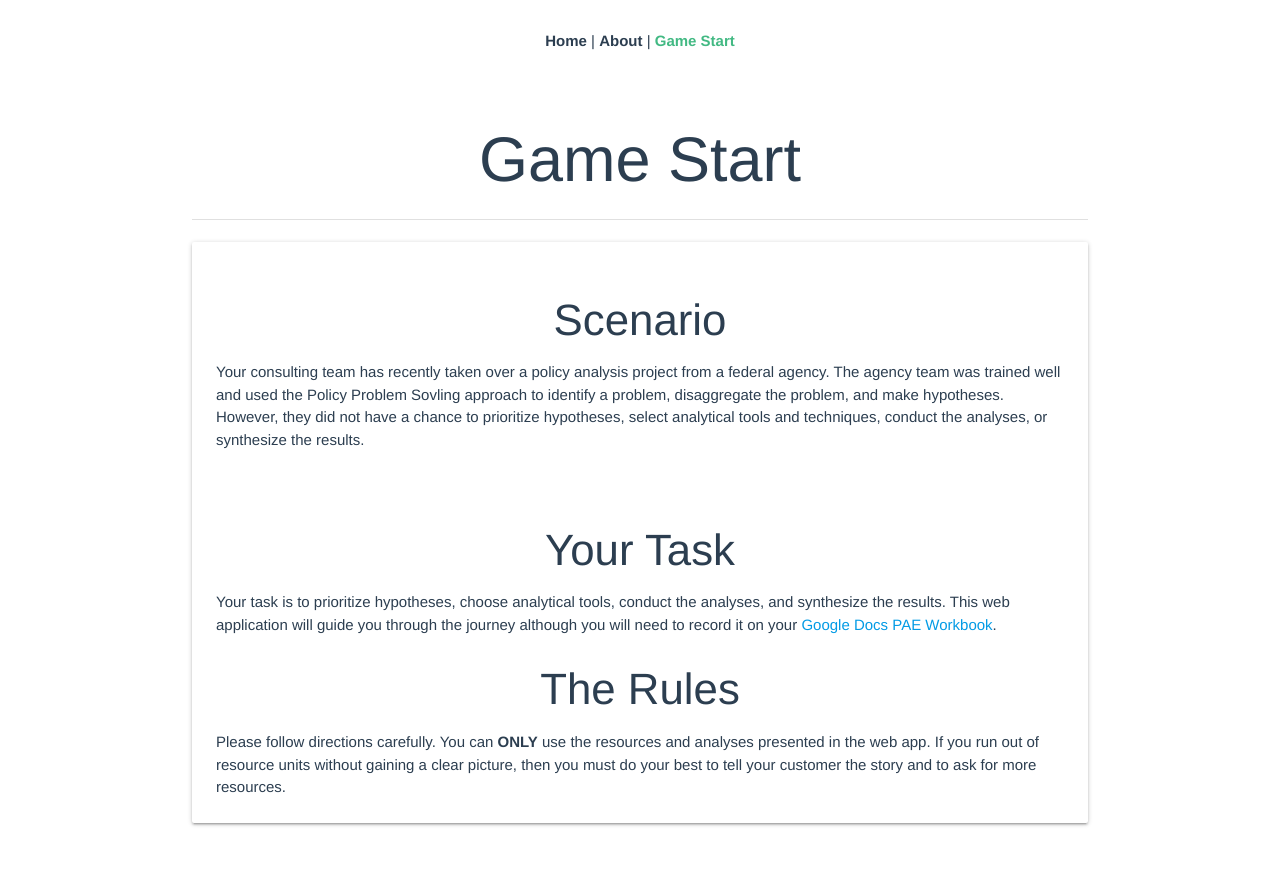
Repository: gallard28/posc4210app
Page: /#/start
An editor plug-in stored every save of this project. The page is shown before and after the next save, followed by the edit.
The browser window is 1280 px wide. The pictures show the whole page.
The project was rebuilt for these pictures with package versions that can differ from the ones it lists, and the page was loaded fresh each time. Also part of the build but not shown: src/views/Home.vue.

Above is the page before, as saved 2020-09-20 19:00:34.

### public/index.html
<!DOCTYPE html>
<html lang="en">
  <head>
    <meta charset="utf-8">
    <meta http-equiv="X-UA-Compatible" content="IE=edge">
    <meta name="viewport" content="width=device-width,initial-scale=1.0">
    <link rel="icon" href="<%= BASE_URL %>favicon.ico">
    <title><%= htmlWebpackPlugin.options.title %></title>

    <!-- Materialize CSS -->
    <!-- Compiled and minified CSS -->
    <link rel="stylesheet" href="https://cdnjs.cloudflare.com/ajax/libs/materialize/1.0.0/css/materialize.min.css">

    <!-- Compiled and minified JavaScript -->
    <script src="https://cdnjs.cloudflare.com/ajax/libs/materialize/1.0.0/js/materialize.min.js"></script>

  </head>
  <body>
    <noscript>
      <strong>We're sorry but <%= htmlWebpackPlugin.options.title %> doesn't work properly without JavaScript enabled. Please enable it to continue.</strong>
    </noscript>
    <div id="app"></div>
    <!-- built files will be auto injected -->
  </body>
</html>

### src/App.vue
<template>
  <div id="app">
    <div id="nav">
      <router-link to="/">Home</router-link> |
      <router-link to="/about">About</router-link> |
      <router-link to="/start">Game Start</router-link>
    </div>
    <router-view/>
  </div>
</template>

<style>
#app {
  font-family: Avenir, Helvetica, Arial, sans-serif;
  -webkit-font-smoothing: antialiased;
  -moz-osx-font-smoothing: grayscale;
  text-align: center;
  color: #2c3e50;
}

#nav {
  padding: 30px;
}

#nav a {
  font-weight: bold;
  color: #2c3e50;
}

#nav a.router-link-exact-active {
  color: #42b983;
}
</style>

### src/router/index.js
import Vue from 'vue'
import VueRouter from 'vue-router'
import Home from '../views/Home.vue'
import Start from '../views/Start.vue'

Vue.use(VueRouter)

const routes = [
  {
    path: '/',
    name: 'Home',
    component: Home
  },
  {
    path: '/start',
    name: 'Start',
    component: Start
  },
  {
    path: '/about',
    name: 'About',
    // route level code-splitting
    // this generates a separate chunk (about.[hash].js) for this route
    // which is lazy-loaded when the route is visited.
    component: () => import(/* webpackChunkName: "about" */ '../views/About.vue')
  }
]

const router = new VueRouter({
  routes
})

export default router

### src/views/Start.vue
<template>
  <div class="container">
    <h1>Game Start</h1>
    <div class="divider"></div>
    <div class="section">
      <div class="row">
        <div class="card">
          <div class="card-content">
            <h3>Scenario</h3>
            <p class="left-align">
              Your consulting team has recently taken over a policy analysis project from a federal agency. The agency team was trained well and used the Policy Problem Sovling approach to identify a problem, disaggregate the problem, and make hypotheses. However, they did not have a chance to prioritize hypotheses, select analytical tools and techniques, conduct the analyses, or synthesize the results.
            </p> <br><br>
            <h3>Your Task</h3>
            <p class="left-align">
              Your task is to prioritize hypotheses, choose analytical tools, conduct the analyses, and synthesize the results. This web application will guide you through the journey although you will need to record it on your <a href="">Google Docs PAE Workbook</a>.
            </p>
            <h3>The Rules</h3>
            <p class="left-align">
              Please follow directions carefully. You can <b>ONLY</b> use the resources and analyses presented in the web app. If you run out of resource units without gaining a clear picture, then you must do your best to tell your customer the story and to ask for more resources.
            </p>
          </div>
        </div>
      </div>

    </div>
  </div>
</template>

<script>
export default {
  name: 'Start'

}
</script>

<style>

</style>

Loaded but not shown: src/main.js (common file)

After the next save:
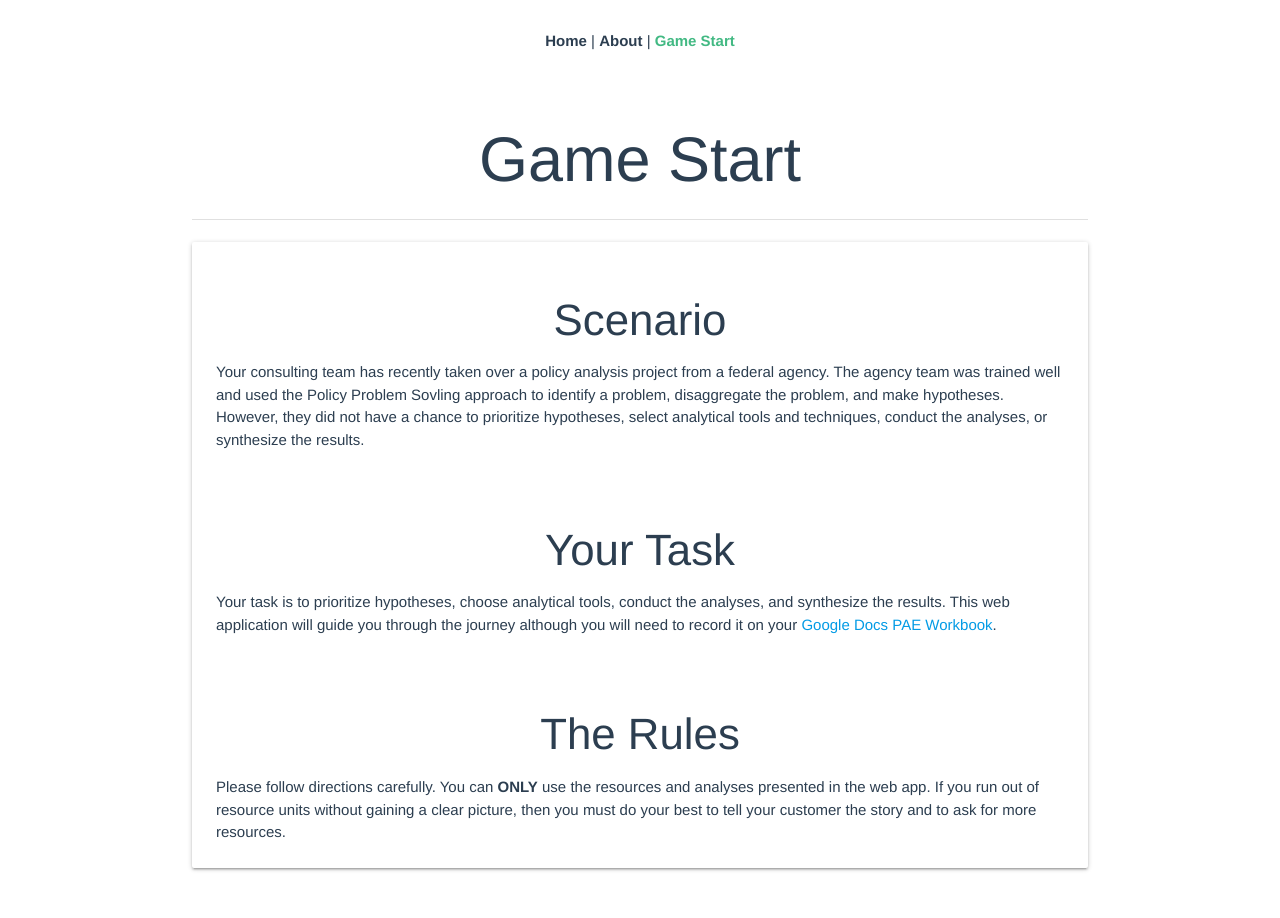
Saved 8 s later.
--- a/src/views/Start.vue
+++ b/src/views/Start.vue
@@ -13,7 +13,7 @@
             <h3>Your Task</h3>
             <p class="left-align">
               Your task is to prioritize hypotheses, choose analytical tools, conduct the analyses, and synthesize the results. This web application will guide you through the journey although you will need to record it on your <a href="">Google Docs PAE Workbook</a>.
-            </p>
+            </p><br><br>
             <h3>The Rules</h3>
             <p class="left-align">
               Please follow directions carefully. You can <b>ONLY</b> use the resources and analyses presented in the web app. If you run out of resource units without gaining a clear picture, then you must do your best to tell your customer the story and to ask for more resources.
